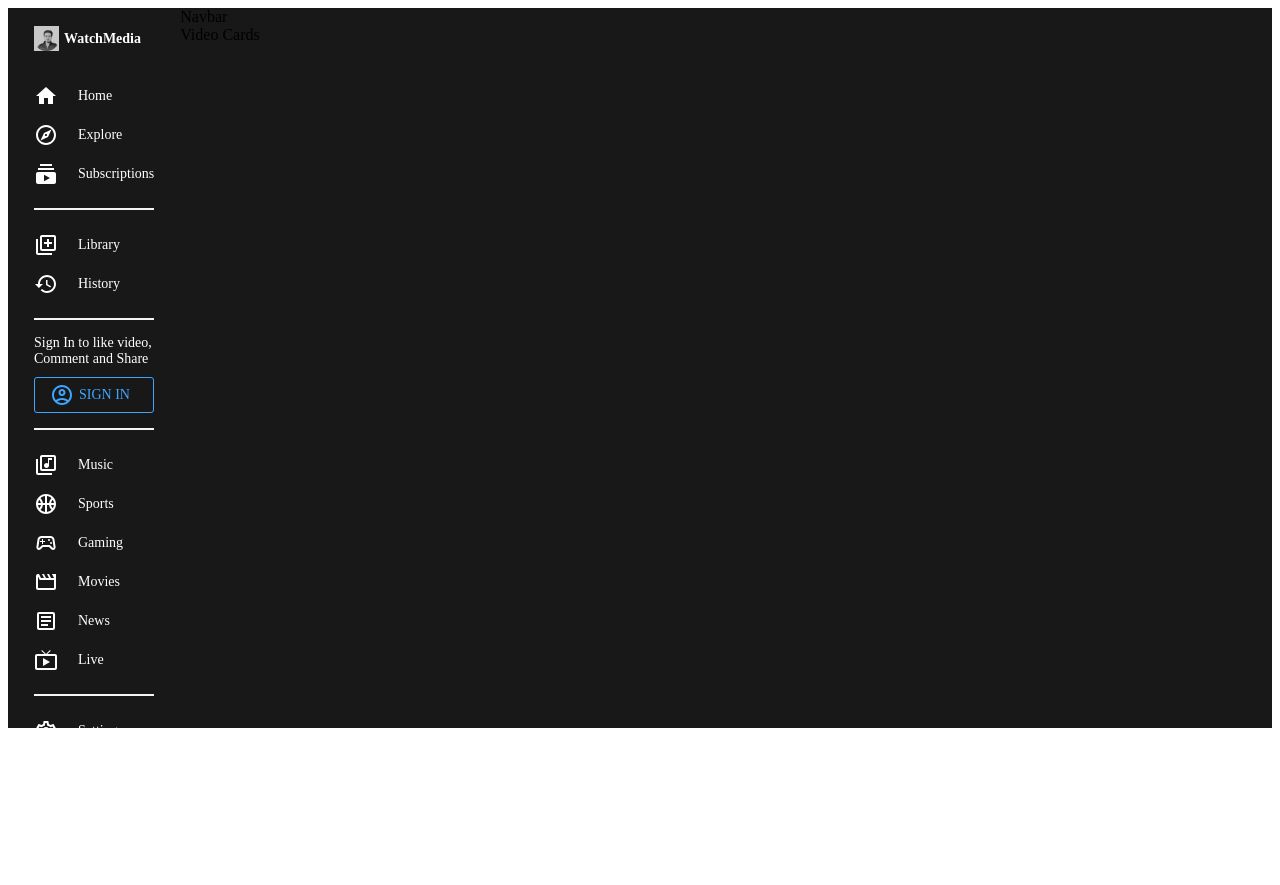
Repository: inzamamahmad3/final-year-project-skeleton
Page: /video/test
An editor plug-in stored every save of this project. The page is shown before and after the next save, followed by the edit.
The browser window is 1280 px wide. The pictures show the whole page.
The project was rebuilt for these pictures with package versions that can differ from the ones it lists, and the page was loaded fresh each time.

Above is the page before, as saved 2023-07-18 11:31:42.

### src/App.js
import styled, { ThemeProvider } from "styled-components";
import Menu from "./components/Menu";
import Navbar from "./components/Navbar";
import { darkTheme, lightTheme } from "./utils/Theme";
import { useState } from "react";

const Container = styled.div`
  display: flex;
`;
const Main = styled.div`
  flex: 7;
  background-color: ${({ theme }) => theme.bg};
`;
const Wrapper = styled.div``;

function App() {
  const [darkMode, setDarkMode] = useState(true);
  return (
    <>
      <ThemeProvider theme={darkMode ? darkTheme : lightTheme}>
        <Container>
          <Menu darkMode={darkMode} setDarkMode={setDarkMode} />
          <Main>
            <Navbar />
            <Wrapper>Video Cards</Wrapper>
          </Main>
        </Container>
      </ThemeProvider>
    </>
  );
}

export default App;

### src/components/Menu.jsx
import React from "react";
import styled from "styled-components";
import watch from "../img/pic.png";
import HomeIcon from "@mui/icons-material/Home";
import ExploreOutlinedIcon from "@mui/icons-material/ExploreOutlined";
import SubscriptionsIcon from "@mui/icons-material/Subscriptions";
import LibraryAddOutlinedIcon from "@mui/icons-material/LibraryAddOutlined";
import HistoryOutlinedIcon from "@mui/icons-material/HistoryOutlined";
import LibraryMusicOutlinedIcon from "@mui/icons-material/LibraryMusicOutlined";
import SportsEsportsOutlinedIcon from "@mui/icons-material/SportsEsportsOutlined";
import SportsBasketballOutlinedIcon from "@mui/icons-material/SportsBasketballOutlined";
import MovieOutlinedIcon from "@mui/icons-material/MovieOutlined";
import ArticleOutlinedIcon from "@mui/icons-material/ArticleOutlined";
import LiveTvOutlinedIcon from "@mui/icons-material/LiveTvOutlined";
import AccountCircleOutlinedIcon from "@mui/icons-material/AccountCircleOutlined";
import SettingsOutlinedIcon from "@mui/icons-material/SettingsOutlined";
import FlagOutlinedIcon from "@mui/icons-material/FlagOutlined";
import HelpOutlineOutlinedIcon from "@mui/icons-material/HelpOutlineOutlined";
import SettingsBrightnessOutlinedIcon from "@mui/icons-material/SettingsBrightnessOutlined";
import { Link } from "react-router-dom";

const Container = styled.div`
  flex: 1;
  background-color: ${({ theme }) => theme.bg};
  height: 100vh;
  color: ${({ theme }) => theme.text};
  font-size: 14px;
  position: sticky;
  top: 0;
`;

const Wrapper = styled.div`
  padding: 18px 26px;
`;

const Logo = styled.div`
  display: flex;
  align-items: center;
  gap: 5px;
  font-weight: bold;
  margin-bottom: 25px;
`;

const Item = styled.div`
  display: flex;
  align-items: center;
  gap: 20px;
  cursor: pointer;
  padding: 7.5px 0px;
`;

const Img = styled.img`
  height: 25px;
`;

const Hr = styled.hr`
  margin: 15px 0px;
  border: 0.5px solid ${({ theme }) => theme.soft};
`;

const Login = styled.div``;
const Button = styled.div`
  padding: 5px 15px;
  background-color: transparent;
  border: 1px solid #3ea6ff;
  color: #3ea6ff;
  border-radius: 3px;
  font-weight: 500;
  margin-top: 10px;
  cursor: pointer;
  display: flex;
  align-items: center;
  gap: 5px;
`;

const Title = styled.h2`
  font-size: 14px;
  font-weight: 500;
  color: #aaaaaa;
  margin-bottom: 20px;
`;

function Menu({ darkMode, setDarkMode }) {
  return (
    <Container>
      <Wrapper>
        <Logo>
          <Img src={watch} />
          WatchMedia
        </Logo>
        <Item>
          <HomeIcon />
          Home
        </Item>
        <Item>
          <ExploreOutlinedIcon />
          Explore
        </Item>
        <Item>
          <SubscriptionsIcon />
          Subscriptions
        </Item>
        <Hr />
        <Item>
          <LibraryAddOutlinedIcon />
          Library
        </Item>
        <Item>
          <HistoryOutlinedIcon />
          History
        </Item>
        <Hr />
        <Login>
          Sign In to like video, Comment and Share
          <Button>
            {" "}
            <AccountCircleOutlinedIcon /> SIGN IN
          </Button>
        </Login>
        <Hr />
        <Item>
          <LibraryMusicOutlinedIcon />
          Music
        </Item>
        <Item>
          <SportsBasketballOutlinedIcon />
          Sports
        </Item>
        <Item>
          <SportsEsportsOutlinedIcon />
          Gaming
        </Item>
        <Item>
          <MovieOutlinedIcon />
          Movies
        </Item>
        <Item>
          <ArticleOutlinedIcon />
          News
        </Item>
        <Item>
          <LiveTvOutlinedIcon />
          Live
        </Item>
        <Hr />
        <Item>
          <SettingsOutlinedIcon />
          Settings
        </Item>
        <Item>
          <FlagOutlinedIcon />
          Report
        </Item>
        <Item>
          <HelpOutlineOutlinedIcon />
          Help
        </Item>
        <Item onClick={() => setDarkMode(!darkMode)}>
          <SettingsBrightnessOutlinedIcon />
          Light Mode
        </Item>
      </Wrapper>
    </Container>
  );
}

export default Menu;

### src/utils/Theme.js
export const darkTheme = {
  bg: "#181818",
  bgLighter: "#202020",
  text: "white",
  textSoft: "#aaaaaa",
  soft: "#f5f5f5",
};
export const lightTheme = {
  bg: "#f9f9f9",
  bgLighter: "white",
  text: "black",
  textSoft: "#606060",
  soft: "#373737",
};

Loaded but not shown: public/index.html (common file); src/index.js (common file); src/components/Navbar.jsx (common file)

After the next save:
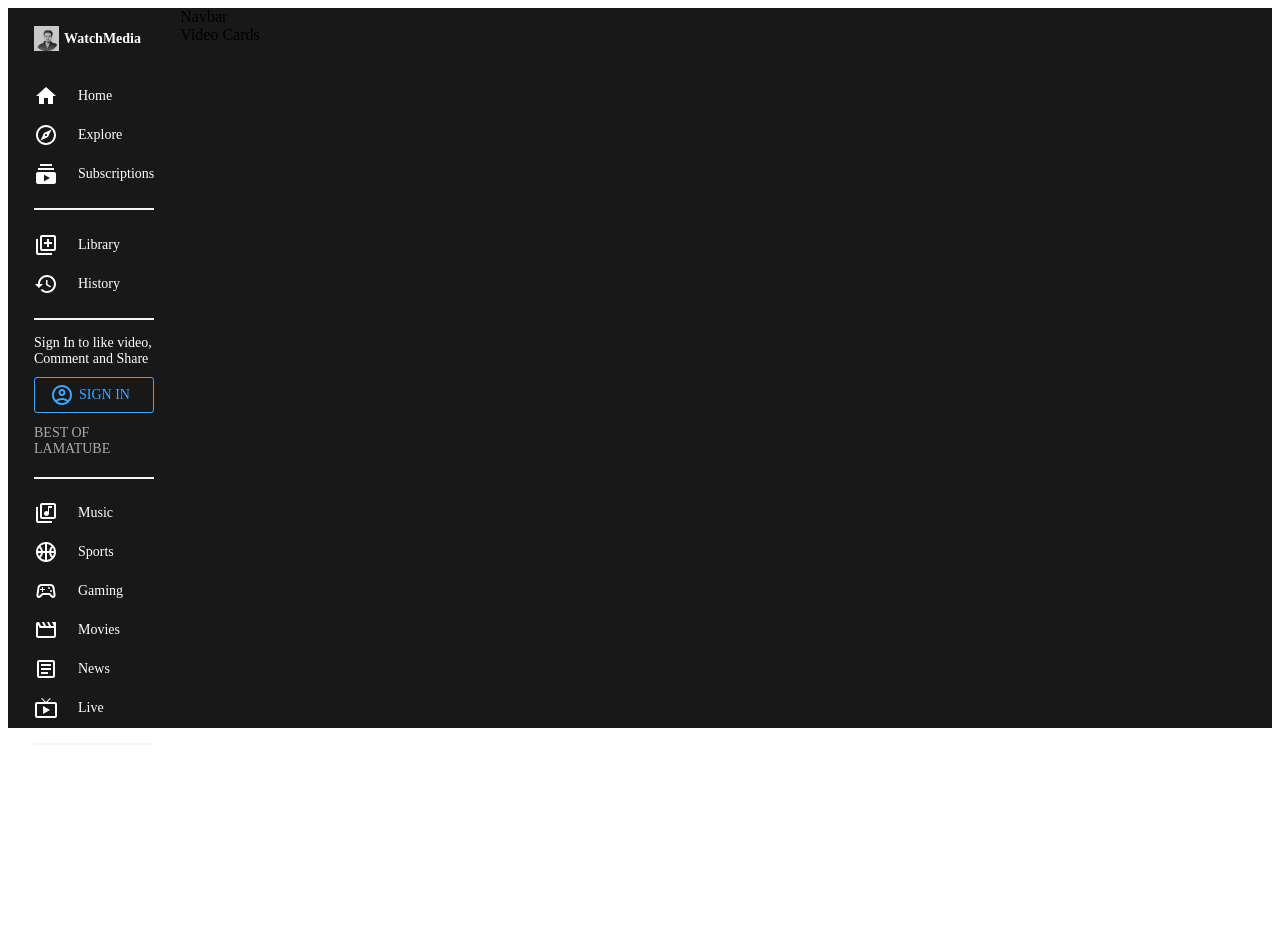
Saved 28 s later.
--- a/src/components/Menu.jsx
+++ b/src/components/Menu.jsx
@@ -117,6 +117,7 @@ function Menu({ darkMode, setDarkMode }) {
             <AccountCircleOutlinedIcon /> SIGN IN
           </Button>
         </Login>
+        <Title>BEST OF LAMATUBE</Title>
         <Hr />
         <Item>
           <LibraryMusicOutlinedIcon />
